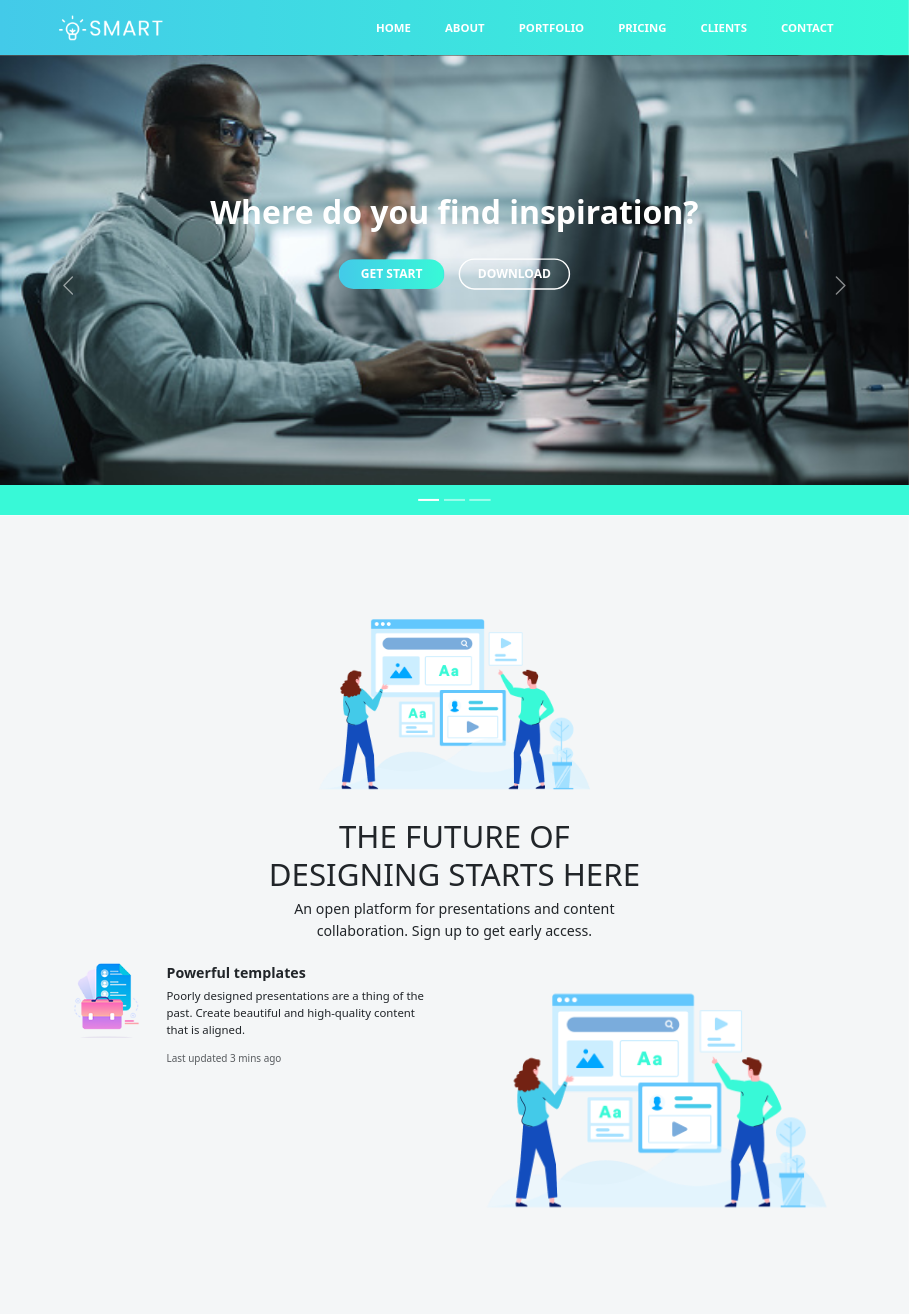
Repository: rizwan-zafar/smart-React
Page: /
An editor plug-in stored every save of this project. The page is shown before and after a run of saves, followed by the edit.
The browser window is 1280 px wide. The pictures show the whole page, at 71% of full size.
The project was rebuilt for these pictures with package versions that can differ from the ones it lists, and the page was loaded fresh each time.

Above is the page before, as saved 2022-11-17 11:31:01.

After the next 2 saves:
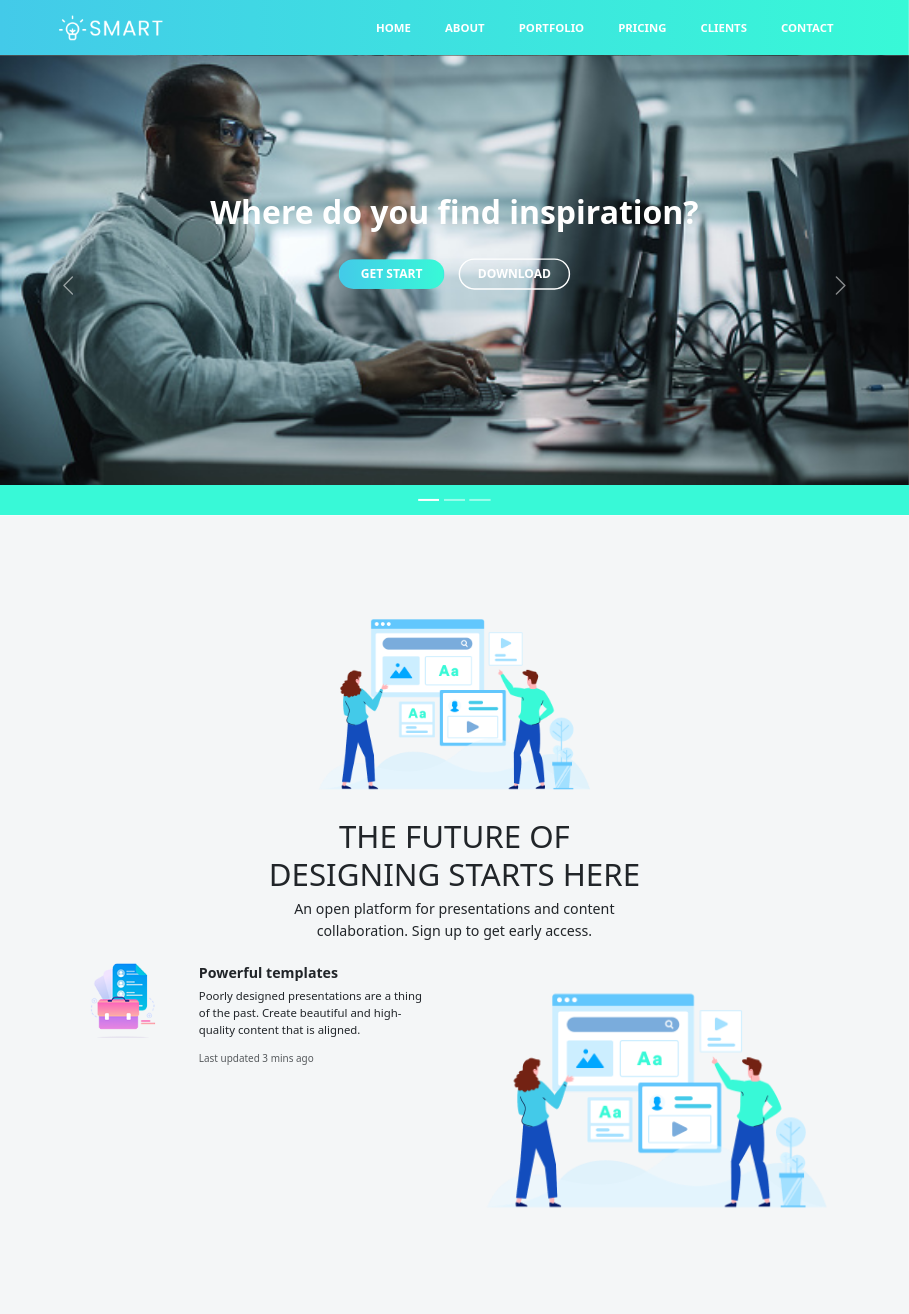
The 2 saves are shown as one change because they came seconds apart.
The last was saved 27 s later.
--- a/src/Components/Service.js
+++ b/src/Components/Service.js
@@ -17,10 +17,10 @@
                     <div className="col-xs-12 col-sm-12 col-md-6 col-lg-6 col-xl-6 ">
                         <div class="card mb-3" >
                             <div className="row g-0">
-                                <div className="col-md-3">
+                                <div className="col-md-4">
                                     <img src="/Images/icon-1.png" className="img-fluid rounded-start" alt="..." />
                                 </div>
-                                <div className="col-md-9">
+                                <div className="col-md-8">
                                     <div className="card-body text-start">
                                         <h5 className="card-title fw-bold">Powerful templates</h5>
                                         <p className="card-text fs-6">Poorly designed presentations are a thing of the past. Create beautiful and high-quality content that is aligned.</p>

After the 2 saves that followed:
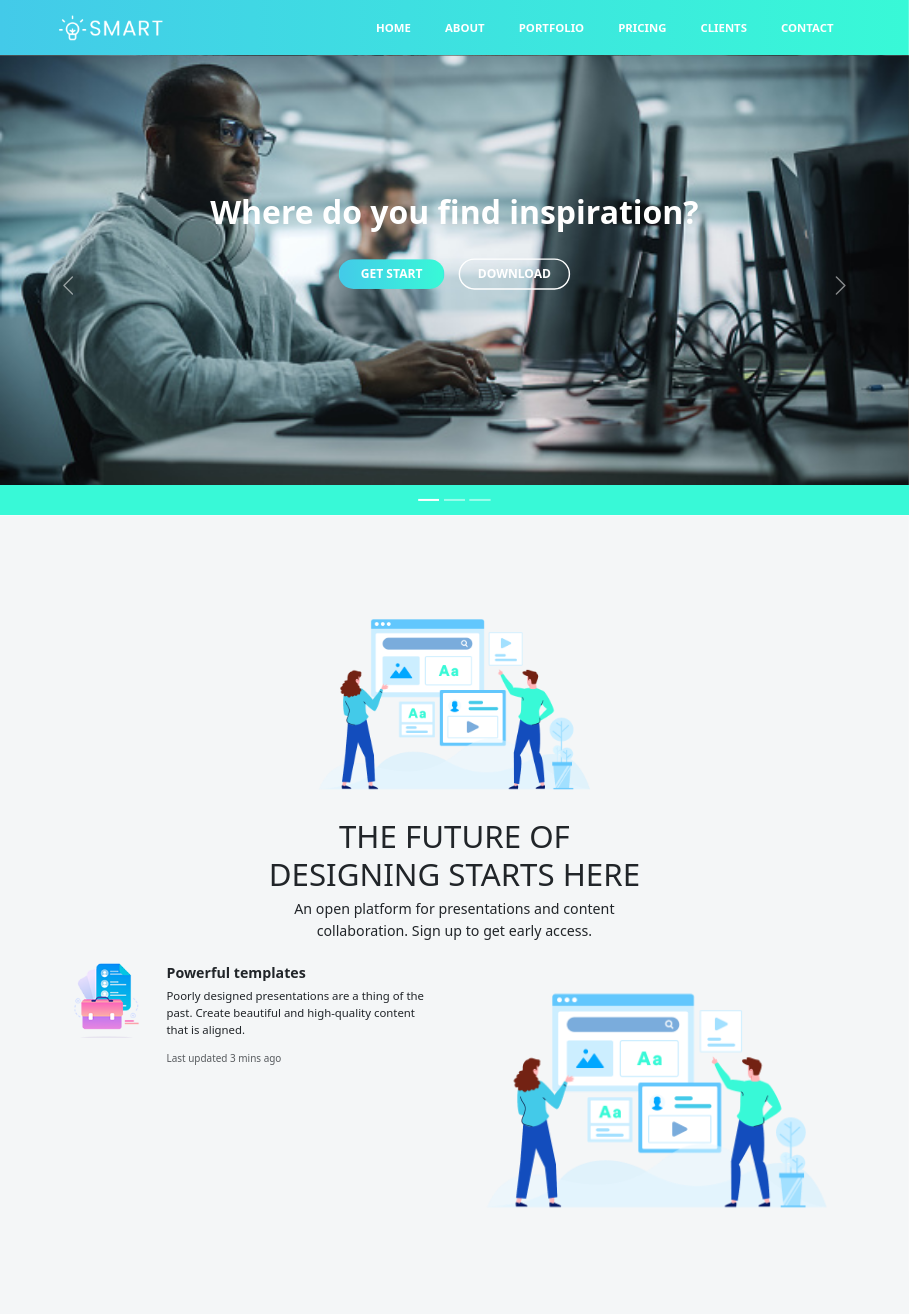
The 2 saves are shown as one change because they came seconds apart.
The last was saved 22 s later.
--- a/src/Components/Service.js
+++ b/src/Components/Service.js
@@ -17,10 +17,10 @@
                     <div className="col-xs-12 col-sm-12 col-md-6 col-lg-6 col-xl-6 ">
                         <div class="card mb-3" >
                             <div className="row g-0">
-                                <div className="col-md-4">
+                                <div className="col-md-3">
                                     <img src="/Images/icon-1.png" className="img-fluid rounded-start" alt="..." />
                                 </div>
-                                <div className="col-md-8">
+                                <div className="col-md-9">
                                     <div className="card-body text-start">
                                         <h5 className="card-title fw-bold">Powerful templates</h5>
                                         <p className="card-text fs-6">Poorly designed presentations are a thing of the past. Create beautiful and high-quality content that is aligned.</p>
